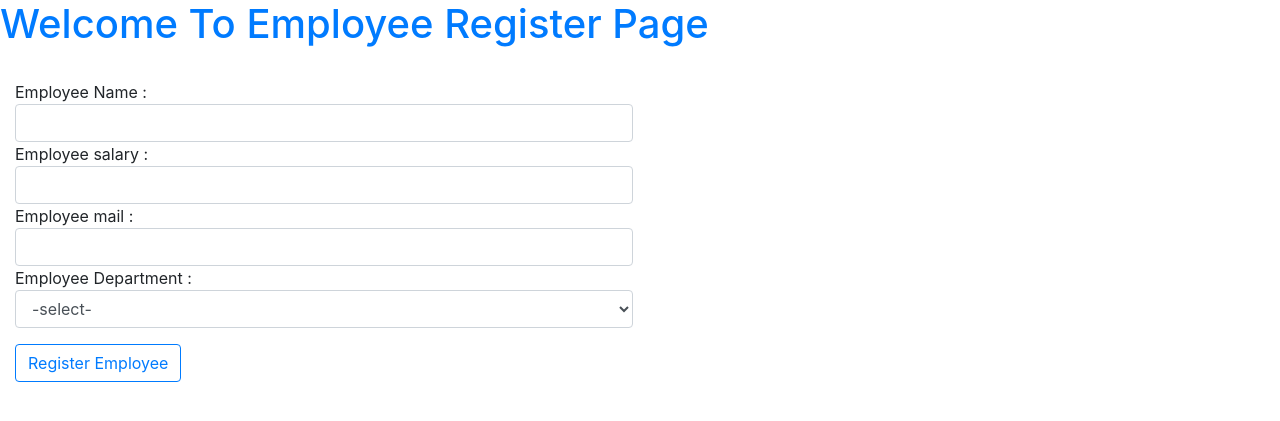
Repository: lokeshsukhwal/EmployeeMiniProject
Page: http://localhost/EmployeeRegister
An editor plug-in stored every save of this project. The page is shown before and after the next save, followed by the edit.
The browser window is 1280 px wide. The pictures show the whole page.
The page is this project's Thymeleaf template; nobody is signed in. The template is opened directly, without the code that normally fills it, so the values that code supplies are empty.

Above is the page before, as saved 2023-01-18 13:24:52.

After the next save:
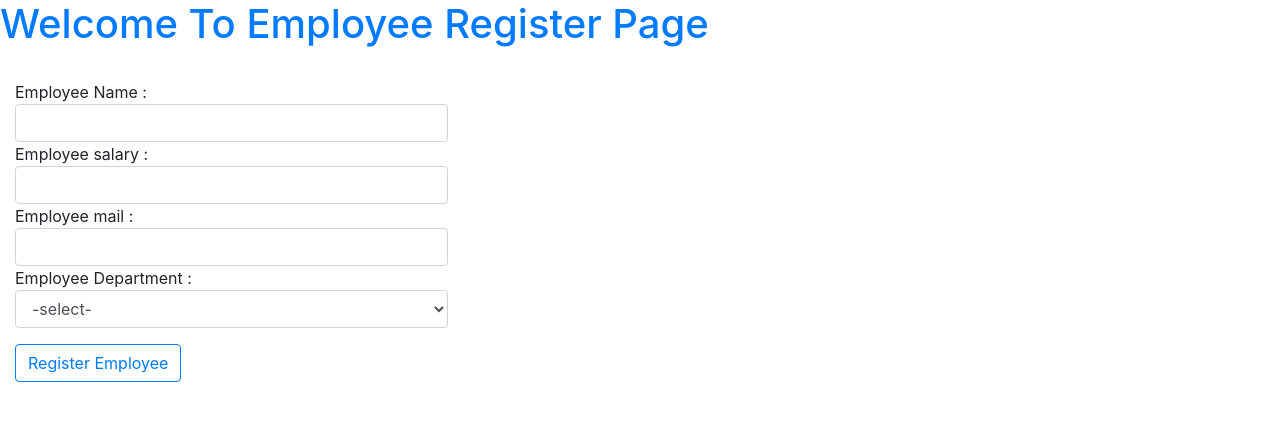
Saved 15 s later.
--- a/SpringBootMvc-ThymeleafMySqlCrudMiniProject/src/main/resources/templates/EmployeeRegister.html
+++ b/SpringBootMvc-ThymeleafMySqlCrudMiniProject/src/main/resources/templates/EmployeeRegister.html
@@ -9,7 +9,7 @@
 <body>
 <div class="container row">
 	<h1 class=" text-primary text-center">Welcome To Employee Register Page</h1>
-		<form th:action="@{/employee/save}" method="POST" class="mt-4 form col-sm-7 ">
+		<form th:action="@{/employee/save}" method="POST" class="mt-4 form col-sm-5">
 
 			Employee Name : <input type="text" name="empName"class="form-control">
 

After the save that followed:
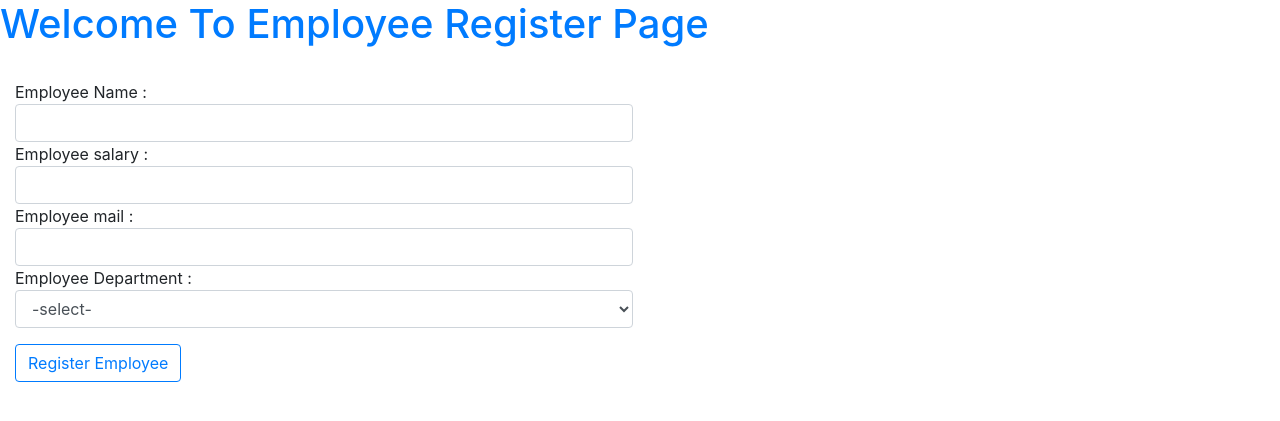
Saved 8 s later.
--- a/SpringBootMvc-ThymeleafMySqlCrudMiniProject/src/main/resources/templates/EmployeeRegister.html
+++ b/SpringBootMvc-ThymeleafMySqlCrudMiniProject/src/main/resources/templates/EmployeeRegister.html
@@ -9,7 +9,7 @@
 <body>
 <div class="container row">
 	<h1 class=" text-primary text-center">Welcome To Employee Register Page</h1>
-		<form th:action="@{/employee/save}" method="POST" class="mt-4 form col-sm-5">
+		<form th:action="@{/employee/save}" method="POST" class="mt-4 form col-sm-7">
 
 			Employee Name : <input type="text" name="empName"class="form-control">
 
